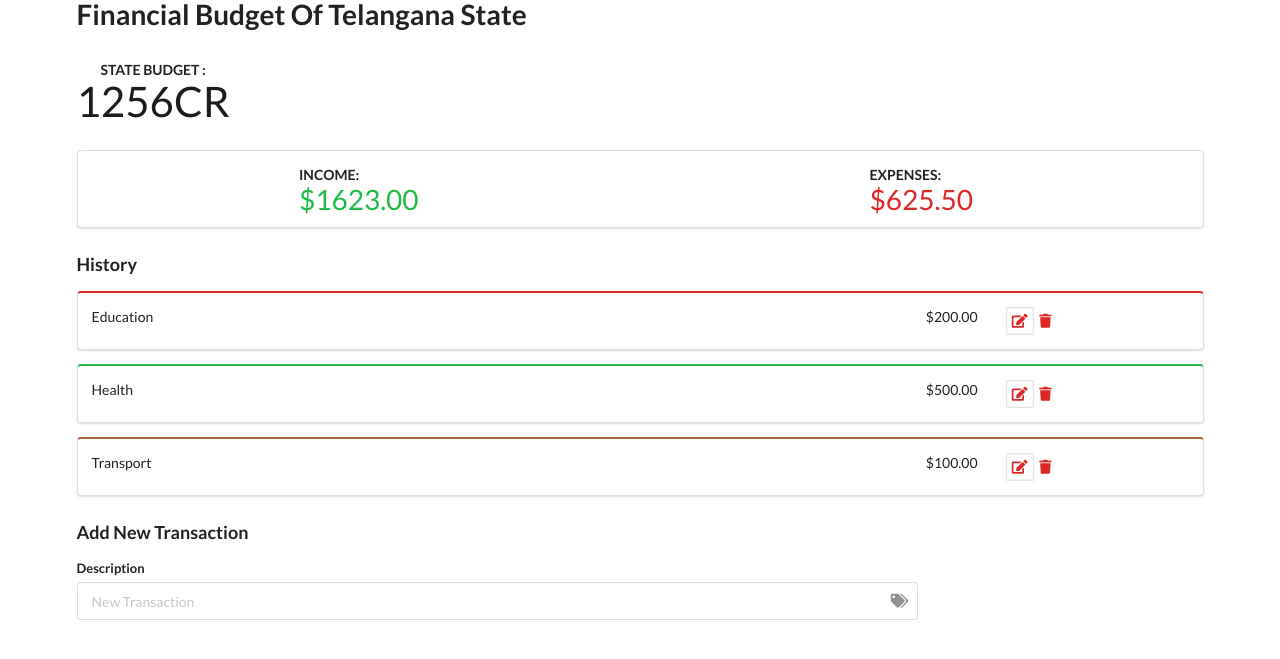
Repository: akHil07090709/advanced-react
Page: /
An editor plug-in stored every save of this project. The page is shown before and after the next save, followed by the edit.
The browser window is 1280 px wide. The pictures show the whole page.
The project was rebuilt for these pictures with package versions that can differ from the ones it lists, and the page was loaded fresh each time. Also part of the build but not shown: src/App.css.

Above is the page before, as saved 2021-05-25 08:03:07.

### src/index.js
import React from "react";
import ReactDOM from "react-dom";
import "./index.css";
import App from "./App";
import "semantic-ui-css/semantic.min.css";

ReactDOM.render(
  <React.StrictMode>
    <App />
  </React.StrictMode>,
  document.getElementById("root")
);

// If you want to start measuring performance in your app, pass a function
// to log results (for example: reportWebVitals(console.log))
// or send to an analytics endpoint. Learn more: https://bit.ly/CRA-vitals

### src/App.js
import {
  Container,
  Form,
  FormGroup,
  FormInput,
  Grid,
  Header,
  Icon,
  Segment,
  Statistic,
} from "semantic-ui-react";
import "./App.css";

function App() {
  return (
    <Container>
      <Header as="h1">Financial Budget Of Telangana State</Header>
      <Statistic size="small">
        {/* A statistic can display a value with a label above or below it.*/}
        <Statistic.Label>State Budget : </Statistic.Label>
        <Statistic.Value>1256cr</Statistic.Value>
      </Statistic>
      <Segment textAlign="center">
        <Grid columns={2}>
          <Grid.Row>
            <Grid.Column>
              <Statistic size="tiny" color="green">
                <Statistic.Label style={{ textAlign: "left" }}>
                  Income:
                </Statistic.Label>
                <Statistic.Value>$1623.00</Statistic.Value>
              </Statistic>
            </Grid.Column>
            <Grid.Column>
              <Statistic size="tiny" color="red">
                <Statistic.Label style={{ textAlign: "left" }}>
                  Expenses:
                </Statistic.Label>
                <Statistic.Value>$625.50</Statistic.Value>
              </Statistic>
            </Grid.Column>
          </Grid.Row>
        </Grid>
      </Segment>
      <Header as="h3">History</Header>
      <Segment color="red">
        <Grid columns={3}>
          <Grid.Row>
            <Grid.Column width={10}>Education</Grid.Column>
            <Grid.Column width={3} textAlign="right">
              $200.00
            </Grid.Column>
            <Grid.Column width={3}>
              <Icon name="edit" bordered color="red" />
              <Icon name="trash" color="red" />
            </Grid.Column>
          </Grid.Row>
        </Grid>
      </Segment>
      <Segment color="green">
        <Grid columns={3}>
          <Grid.Row>
            <Grid.Column width={10}>Health</Grid.Column>
            <Grid.Column width={3} textAlign="right">
              $500.00
            </Grid.Column>
            <Grid.Column width={3}>
              <Icon name="edit" bordered color="red" />
              <Icon name="trash" color="red" />
            </Grid.Column>
          </Grid.Row>
        </Grid>
      </Segment>
      <Segment color="brown">
        <Grid columns={3}>
          <Grid.Row>
            <Grid.Column width={10}>Transport</Grid.Column>
            <Grid.Column width={3} textAlign="right">
              $100.00
            </Grid.Column>
            <Grid.Column width={3}>
              <Icon name="edit" bordered color="red" />
              <Icon name="trash" color="red" />
            </Grid.Column>
          </Grid.Row>
        </Grid>
      </Segment>
      <Header as="h3">Add New Transaction</Header>
      <Form unstackable>
        <FormGroup>
          <FormInput
            width={12}
            label="Description"
            icon="tags"
            placeholder="New Transaction"
          />
        </FormGroup>
      </Form>
    </Container>
  );
}

export default App;

Loaded but not shown: public/index.html (common file); src/index.css (common file)

After the next save:
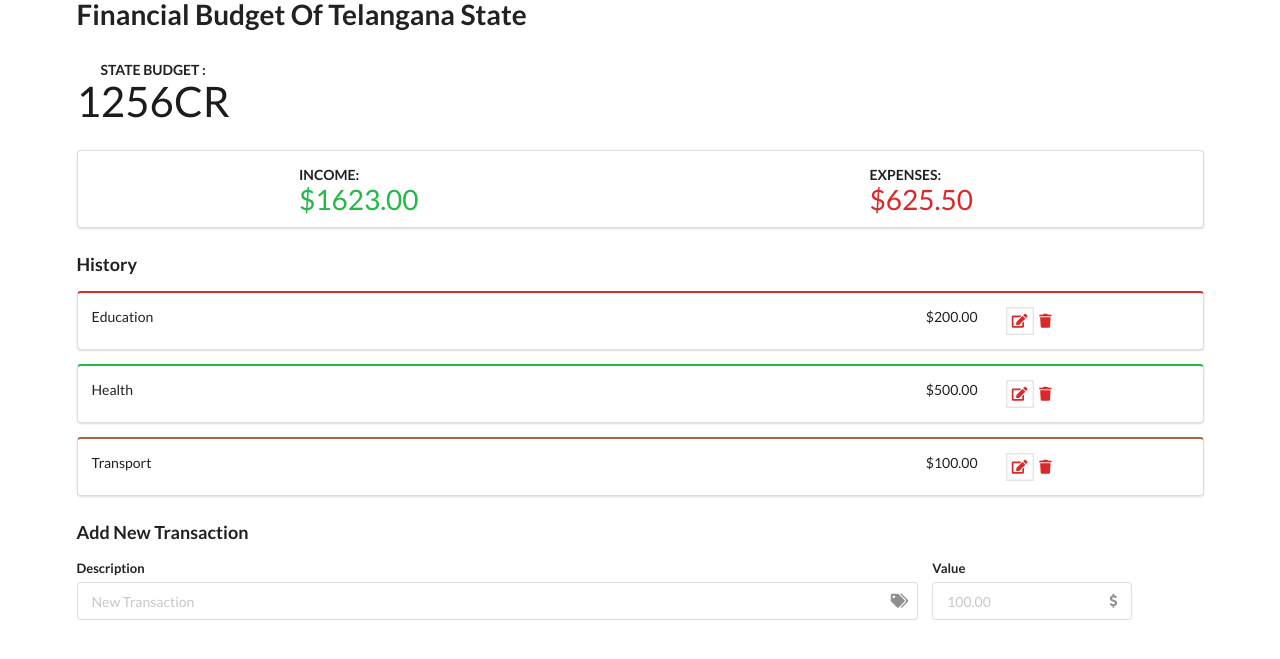
Saved 46 s later.
--- a/src/App.js
+++ b/src/App.js
@@ -94,6 +94,12 @@
             icon="tags"
             placeholder="New Transaction"
           />
+          <FormInput
+            width={3}
+            label="Value"
+            icon="dollar"
+            placeholder="100.00"
+          />
         </FormGroup>
       </Form>
     </Container>
